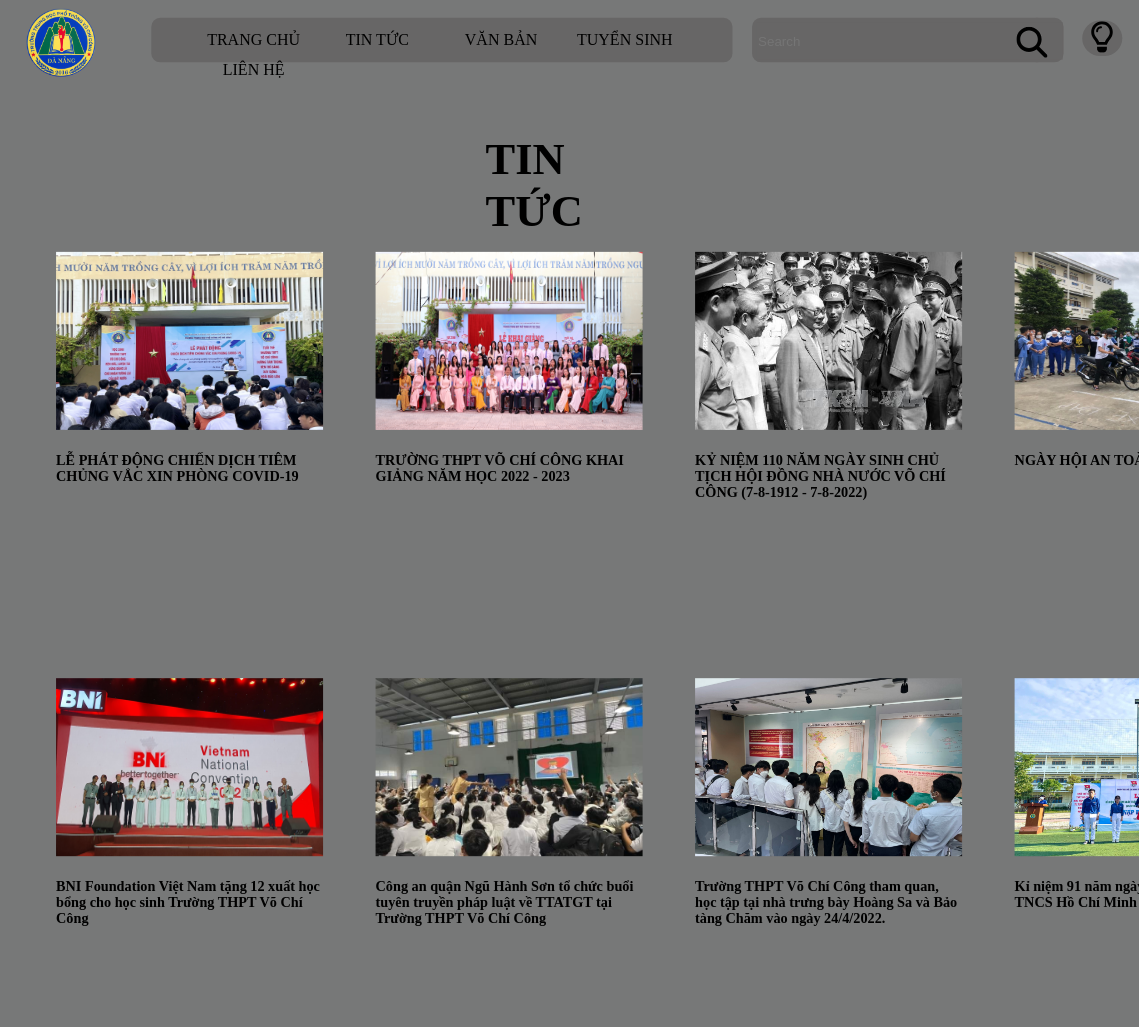
Repository: dphasst17/THPTVCC
Page: new/new.html
The author's editor kept a copy of each file at every save. The page is drawn from the files as they stood at one save, then again after the next save.
The browser window is 1280 px wide. The pictures show the whole page, at 89% of full size.

Above is the page before, as saved 2022-10-13 11:27:08.

After the next save:
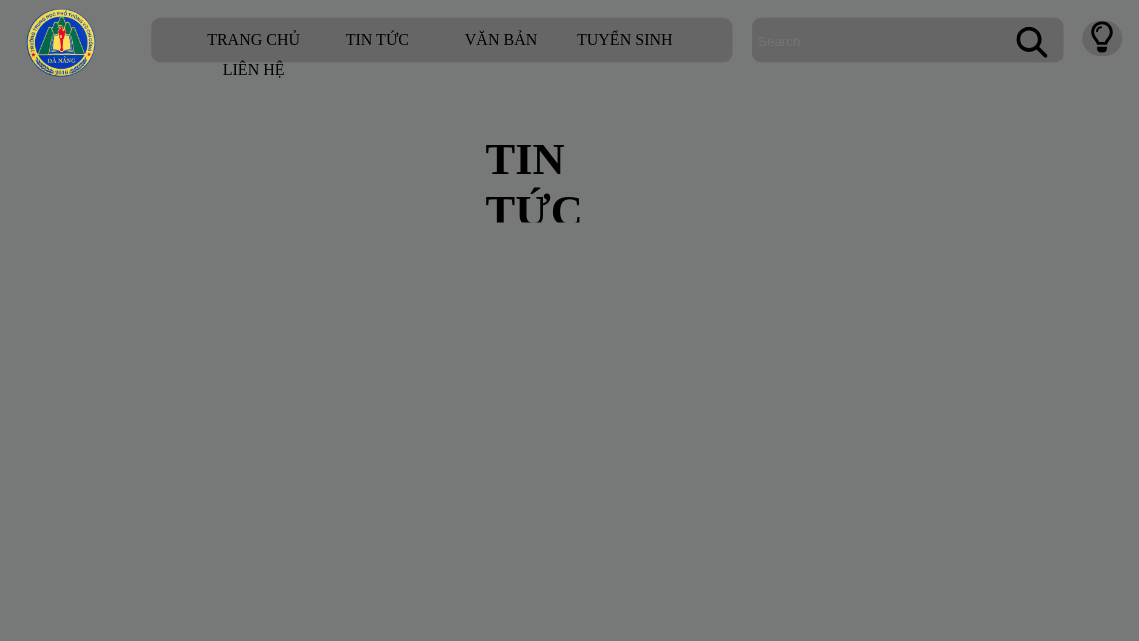
Saved 45 s later.
--- a/new/new.html
+++ b/new/new.html
@@ -87,7 +87,7 @@
     </header>
     <div class="container">
         <article>
-            <iframe name="page" src="./new_content/new_content_home.html" frameborder="0" width="100%" height="1050px">
+            <iframe name="page" src="./new_content/new_content_home.html" frameborder="0" width="100%" height="auto">
             </iframe>
         </article>
     </div>

After the save that followed:
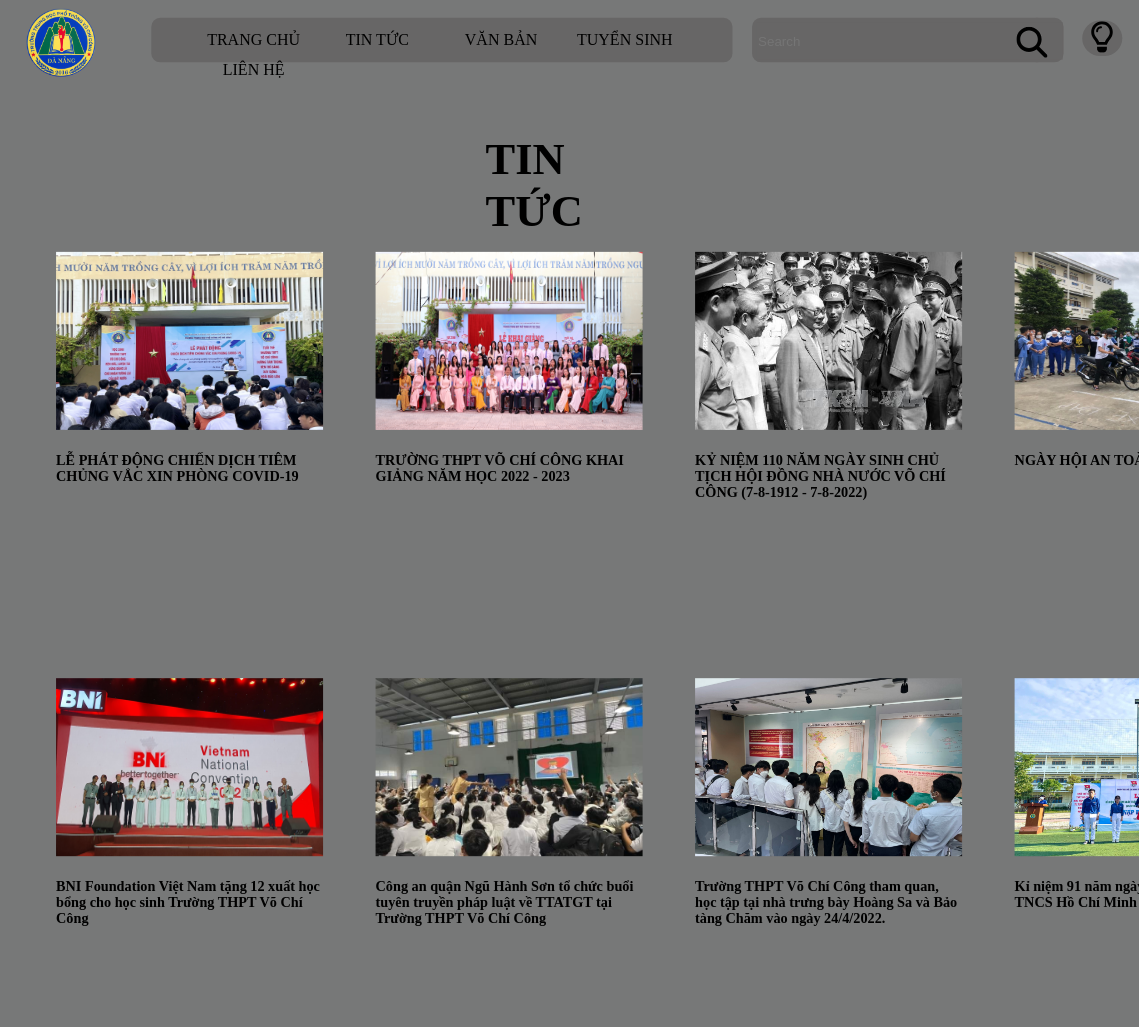
Saved 14 s later.
--- a/new/new.html
+++ b/new/new.html
@@ -87,7 +87,7 @@
     </header>
     <div class="container">
         <article>
-            <iframe name="page" src="./new_content/new_content_home.html" frameborder="0" width="100%" height="auto">
+            <iframe name="page" src="./new_content/new_content_home.html" frameborder="0" width="100%" height="1050px">
             </iframe>
         </article>
     </div>
